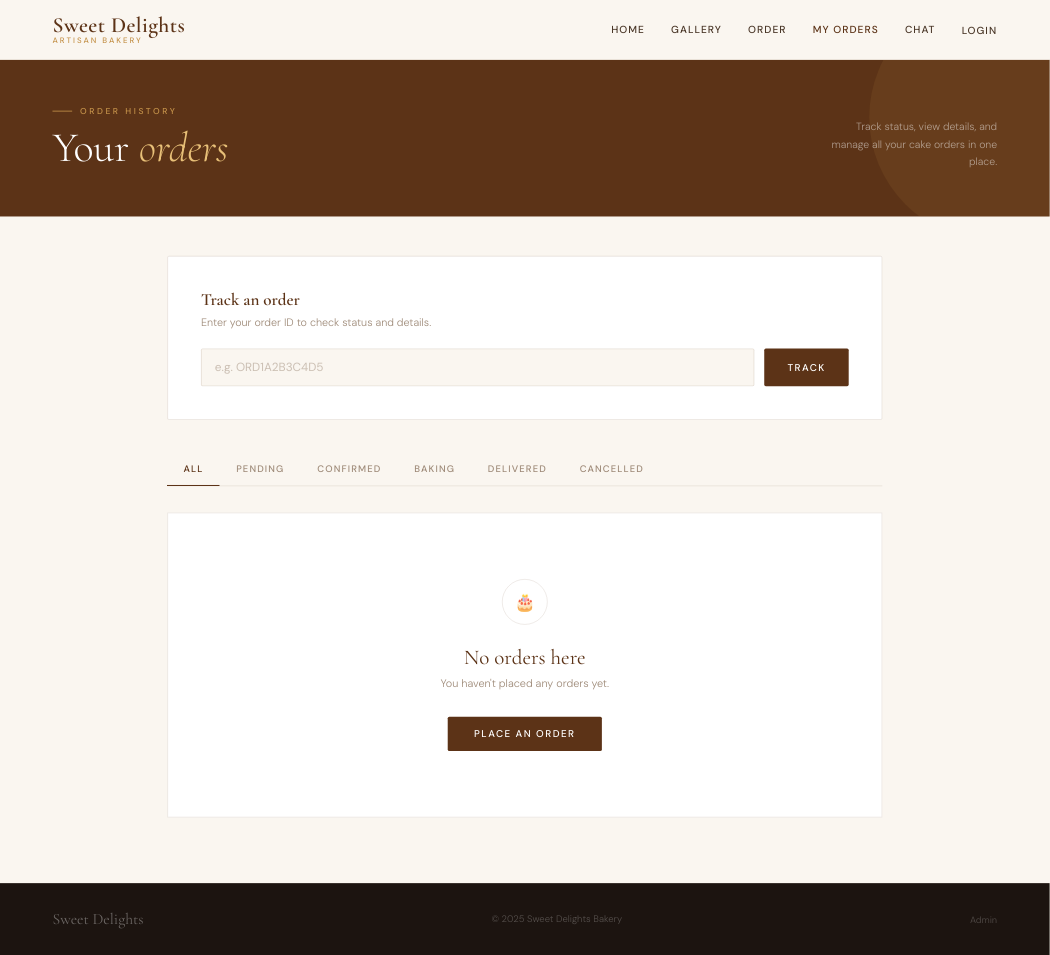
Repository: Jessic-asomugha/your-treat
Page: public/my-orders.html
An editor plug-in stored every save of this project. The page is shown before and after the next save, followed by the edit.
The browser window is 1280 px wide. The pictures show the whole page, at 82% of full size.

Above is the page before, as saved 2026-03-19 13:07:02.

After the next save:
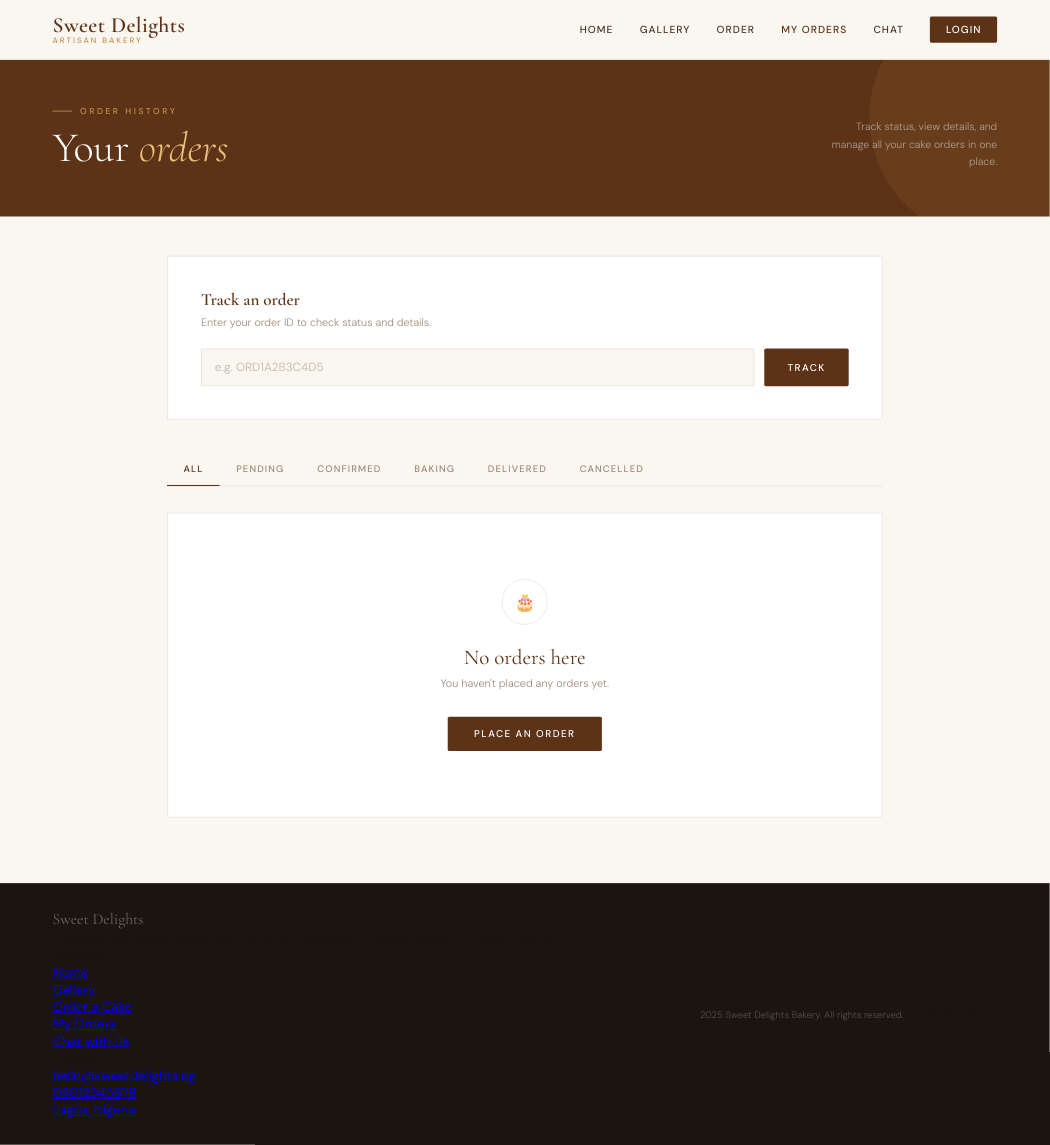
Saved 23 s later.
--- a/public/my-orders.html
+++ b/public/my-orders.html
@@ -505,17 +505,17 @@
 
   <!-- HEADER -->
   <header class="header">
-    <a href="index.html" class="logo-wrap">
+    <div class="logo-wrap">
       <span class="logo-main">Sweet Delights</span>
       <span class="logo-sub">Artisan Bakery</span>
-    </a>
+    </div>
     <nav class="nav">
       <a href="index.html">Home</a>
       <a href="gallery.html">Gallery</a>
       <a href="order.html">Order</a>
       <a href="my-orders.html" class="active">My Orders</a>
       <a href="chat.html">Chat</a>
-      <span id="authNav"><a href="auth/login.html">Login</a></span>
+      <a href="auth/login.html" class="nav-cta">Login</a>
     </nav>
   </header>
 
@@ -561,9 +561,34 @@
 
   <!-- FOOTER -->
   <footer class="footer">
-    <span class="footer-logo">Sweet Delights</span>
-    <span class="footer-copy">© 2025 Sweet Delights Bakery</span>
-    <a href="auth/admin-login.html" class="footer-admin">Admin</a>
+    <div class="footer-top">
+      <div>
+        <div class="footer-logo">Sweet Delights</div>
+        <p class="footer-desc">Handcrafted cakes baked fresh for every occasion. Proudly based in Lagos, Nigeria.</p>
+      </div>
+      <div>
+        <div class="footer-col-title">Navigate</div>
+        <ul class="footer-links">
+          <li><a href="index.html">Home</a></li>
+          <li><a href="gallery.html">Gallery</a></li>
+          <li><a href="order.html">Order a Cake</a></li>
+          <li><a href="my-orders.html">My Orders</a></li>
+          <li><a href="chat.html">Chat with Us</a></li>
+        </ul>
+      </div>
+      <div>
+        <div class="footer-col-title">Contact</div>
+        <ul class="footer-links">
+          <li><a href="mailto:hello@sweetdelights.ng">hello@sweetdelights.ng</a></li>
+          <li><a href="tel:08012345678">08012345678</a></li>
+          <li><a href="#">Lagos, Nigeria</a></li>
+        </ul>
+      </div>
+    </div>
+    <div class="footer-bottom">
+      <span class="footer-copy"> 2025 Sweet Delights Bakery. All rights reserved.</span>
+      <span class="footer-demo">Portfolio Demo</span>
+    </div>
   </footer>
 
   <!-- DETAIL PANEL -->
